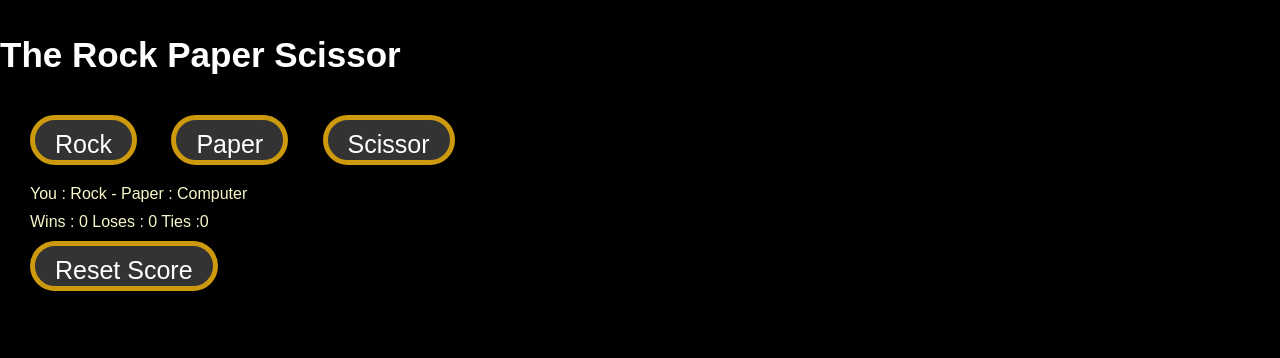
Repository: Drdregboss89/js-practical-projects
Page: index.html
An editor plug-in stored every save of this project. The page is shown before and after the next save, followed by the edit.
The browser window is 1280 px wide. The pictures show the whole page.
After loading, the first visible `button` was clicked once.

Above is the page before, as saved 2023-06-24 11:04:03.

After the next save:
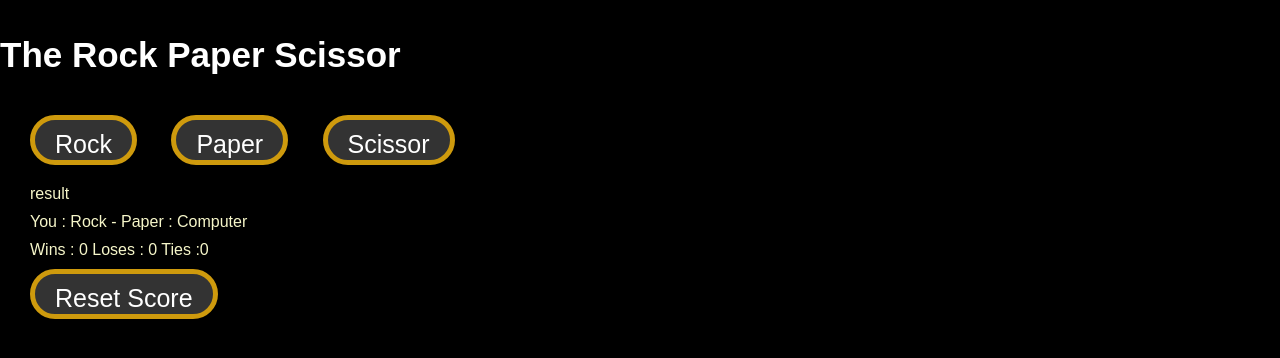
Saved 7 min 45 s later.
--- a/index.js
+++ b/index.js
@@ -63,7 +63,7 @@
   } else if (result === "Its a Tie") {
     score.ties += 1;
   }
-  document.querySelector('.js-result').innerHTML=result;
+  document.querySelector('.js-result').innerHTML=`result`;
   document.querySelector('.js-move').innerHTML=`You : ${selectMove} - ${computerMove} : Computer`;
   updateScore();
 

After the save that followed:
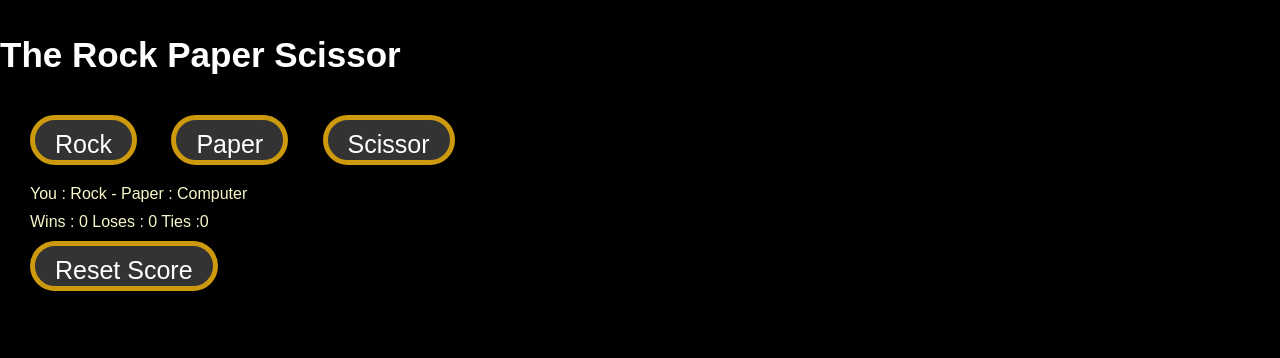
Saved 2 min 58 s later.
--- a/index.js
+++ b/index.js
@@ -56,14 +56,14 @@
     }
   }
 
-  if (result === "you Win") {
+  if ( result === "you Win") {
     score.wins += 1;
-  } else if (result === "you Loose") {
+  } else if ( result === "you Loose") {
     score.loses += 1;
-  } else if (result === "Its a Tie") {
+  } else if ( result === "Its a Tie") {
     score.ties += 1;
   }
-  document.querySelector('.js-result').innerHTML=`result`;
+  document.querySelector('.js-result').innerHTML= result;
   document.querySelector('.js-move').innerHTML=`You : ${selectMove} - ${computerMove} : Computer`;
   updateScore();
 
